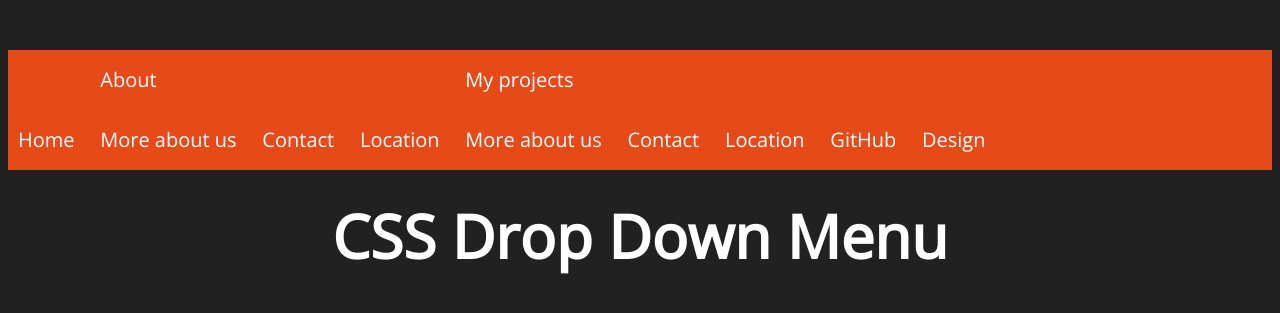
Repository: alikahwaji/HTML-CSS-workshop
Page: index.html
These files come from the project's save history. The page is drawn as it stood at one moment and after the next save; the edit follows.
The browser window is 1280 px wide. The pictures show the whole page.
The pointer rests on the first visible `nav a`.

Above is the page before, as saved 2019-10-29 12:04:15.

After the next save:
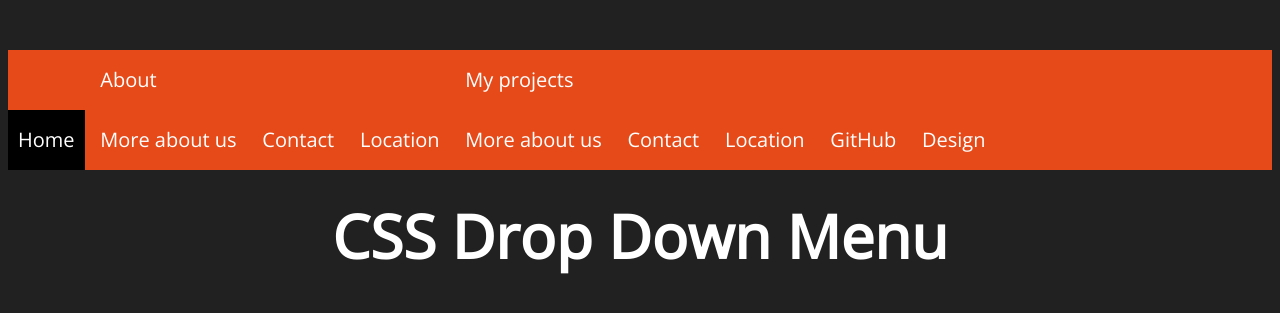
Saved 83 s later.
--- a/index.css
+++ b/index.css
@@ -49,3 +49,7 @@ nav a {
     line-height: 60px;
     text-decoration: none;
 }
+
+nav a:hover{
+    background-color: #000000;
+}
